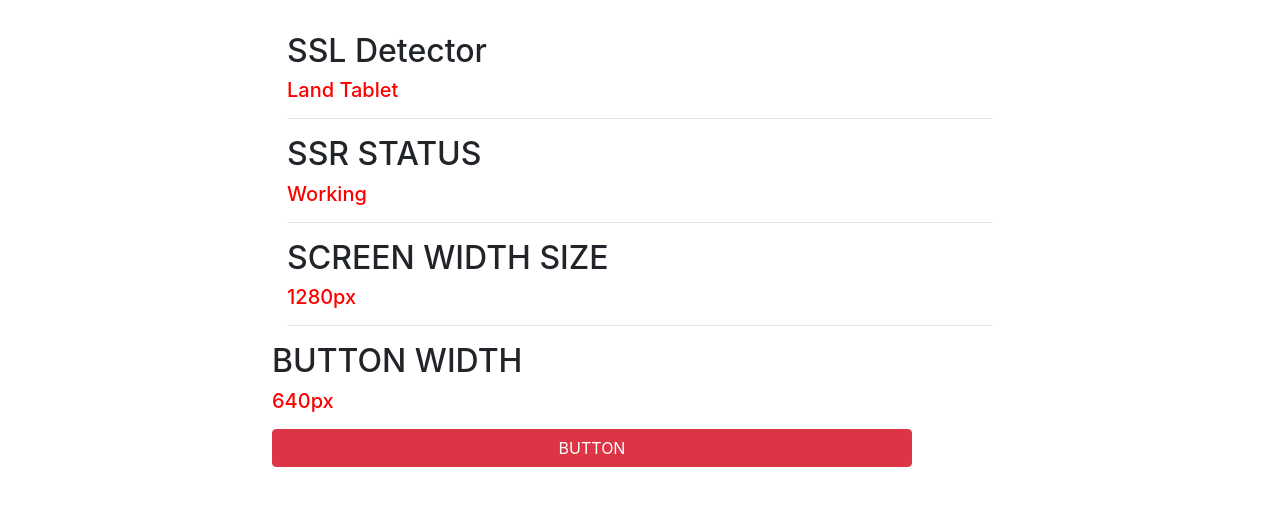
Repository: adrihle/screen-detector-nextpwa
Page: /
These files come from the project's save history. The page is drawn as it stood at one moment and after the next save; the edit follows.
The browser window is 1280 px wide. The pictures show the whole page.
The project was rebuilt for these pictures with package versions that can differ from the ones it lists, and the page was loaded fresh each time. The framework's server and built-in components were replaced by stand-ins that run in the browser. Imported but missing from the stored project, and not drawn on this page: pages/_document.

Above is the page before, as saved 2020-12-28 15:18:20.

After the next save:
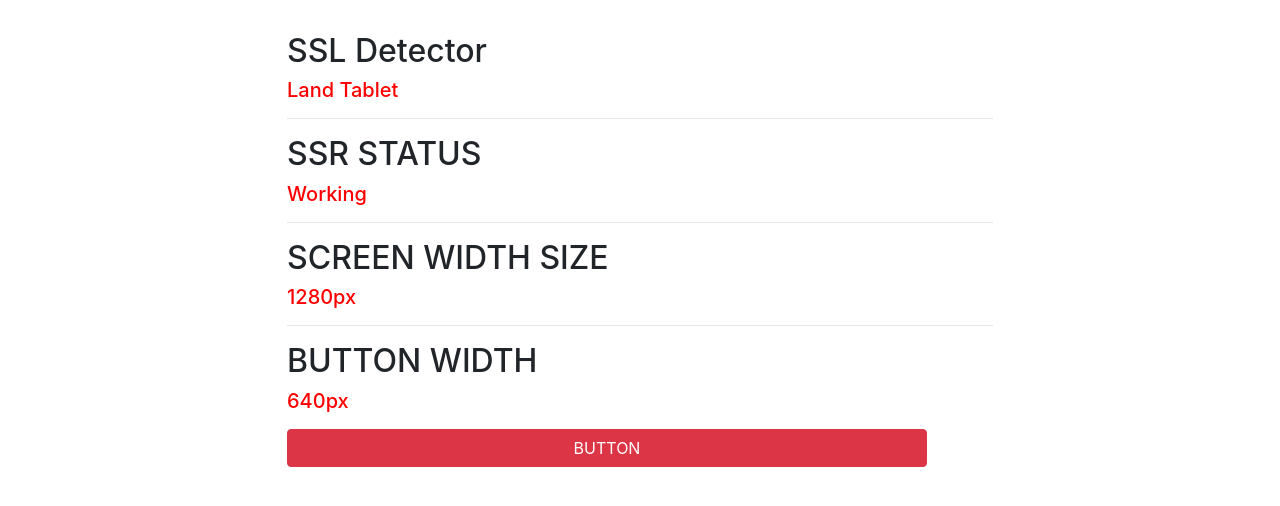
Saved 33 s later.
--- a/pages/index.js
+++ b/pages/index.js
@@ -25,16 +25,15 @@ const Index = ({ server, size, screen }) => {
           <h5 style={{color:'red'}}>{width}</h5>
           <hr/>
         </div>
-
-
-
-        {size>240 && (
-          <>
-            <h2>BUTTON WIDTH</h2>
-            <h5 style={{color:'red'}}>{`${btnWidth}px`}</h5>
-            <button style={{width:btnWidth}} className='btn btn-danger mt-2'>BUTTON</button>
-          </>
-        )}
+        <div className="col">
+          {size>240 && (
+            <>
+              <h2>BUTTON WIDTH</h2>
+              <h5 style={{color:'red'}}>{`${btnWidth}px`}</h5>
+              <button style={{width:btnWidth}} className='btn btn-danger mt-2'>BUTTON</button>
+            </>
+          )}
+        </div>
     </>
   )
 }
